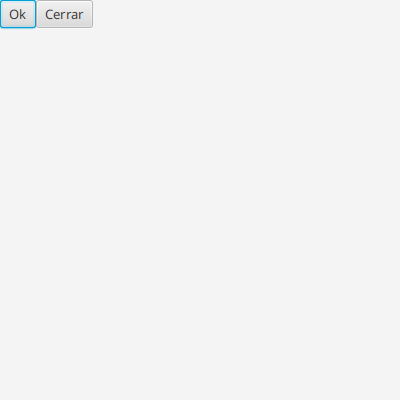
Repository: anxoportela/PROG
Program's window: java Java_Interfaz/ProyectoJavaFX/src/com/acarballeira/javaFX/ejemplo6/App.java
The author's editor kept a copy of each file at every save. The program's window is drawn from the files as they stood at one save, then again after the next save.
It runs on Java 21 on a 1366 x 768 screen with JavaFX 11; the title bar is not drawn.

Above is the program's window before, as saved 2020-03-04 20:32:21.

After the next save:
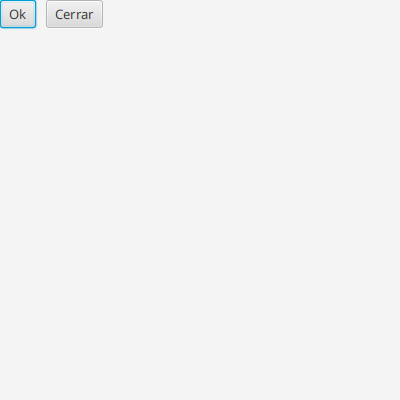
Saved 46 s later.
--- a/Java_Interfaz/ProyectoJavaFX/src/com/acarballeira/javaFX/ejemplo6/App.java
+++ b/Java_Interfaz/ProyectoJavaFX/src/com/acarballeira/javaFX/ejemplo6/App.java
@@ -23,6 +23,7 @@
 		Button btnClose = new Button("Cerrar");
 		HBox hbox = new HBox();
 		hbox.getChildren().addAll(btnOk, btnClose);
+		hbox.setSpacing(10);
 
 		root.getChildren().add(hbox);
 
